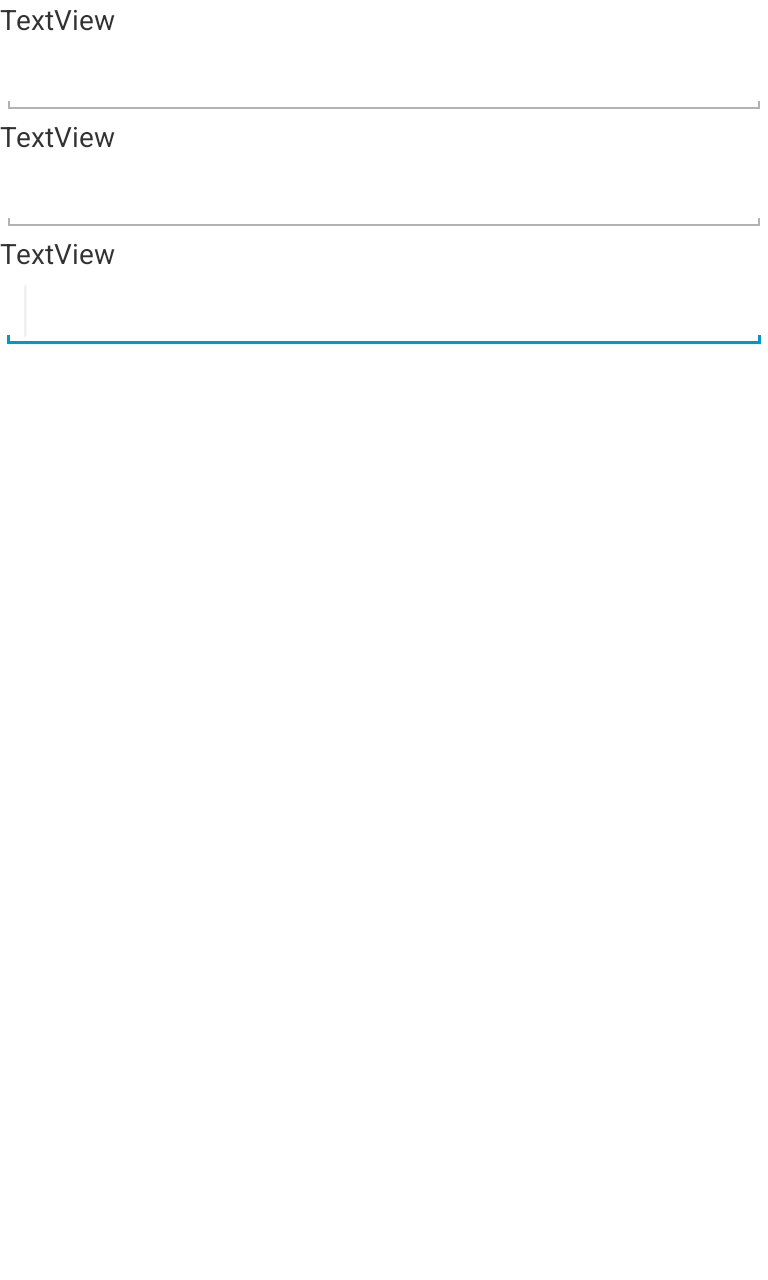
Repository: lcbasu/android
Layout: adt/M Notice/res/layout/admin.xml
An editor plug-in stored every save of this project. The layout is shown before and after the next save, followed by the edit.
It is drawn on a 768 x 1280 px phone screen (xhdpi) without system bars, with theme AppTheme; the app's code is not run.

Above is the layout before, as saved 2014-05-01 07:58:58.

After the next save:
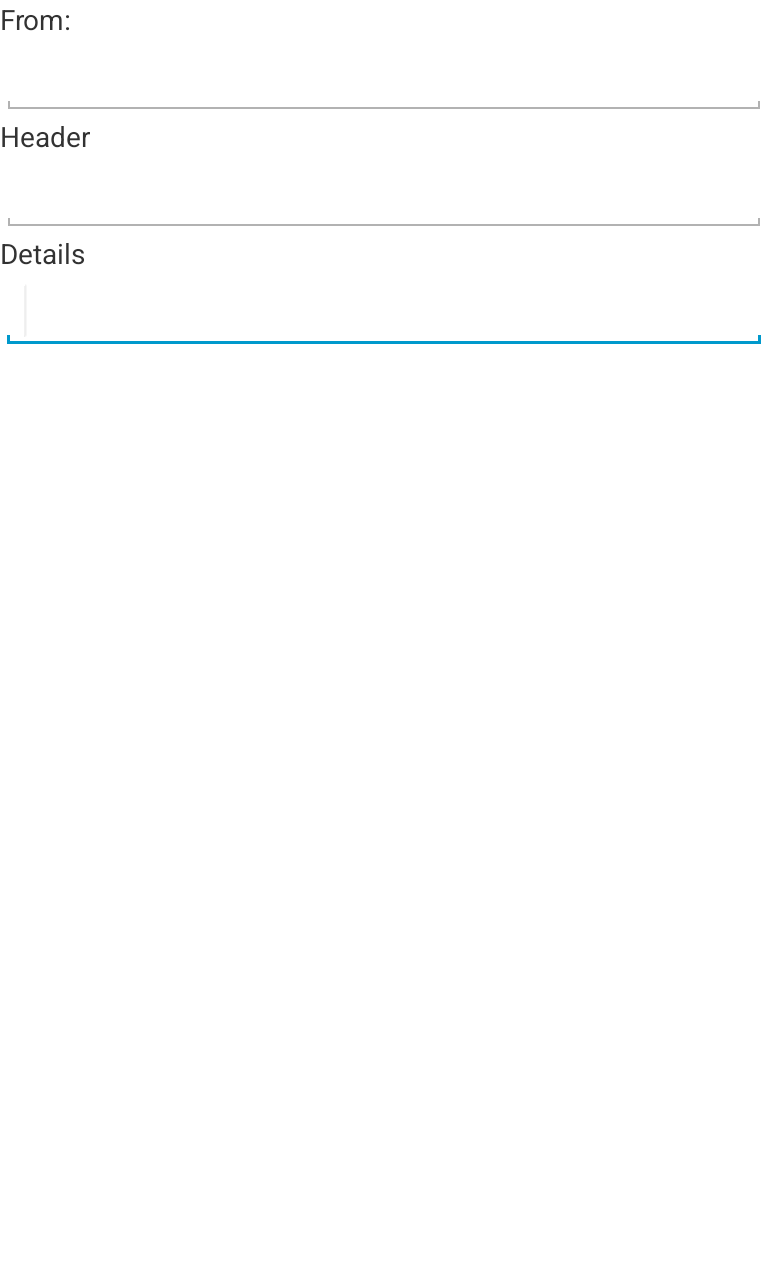
Saved 19 s later.
--- a/adt/M Notice/res/layout/admin.xml
+++ b/adt/M Notice/res/layout/admin.xml
@@ -8,7 +8,7 @@
         android:id="@+id/from"
         android:layout_width="wrap_content"
         android:layout_height="wrap_content"
-        android:text="TextView" />
+        android:text="From:" />
 
     <EditText
         android:id="@+id/editFrom"
@@ -23,7 +23,7 @@
         android:id="@+id/header"
         android:layout_width="wrap_content"
         android:layout_height="wrap_content"
-        android:text="TextView" />
+        android:text="Header" />
 
     <EditText
         android:id="@+id/editHeader"
@@ -38,7 +38,7 @@
         android:id="@+id/detail"
         android:layout_width="wrap_content"
         android:layout_height="wrap_content"
-        android:text="TextView" />
+        android:text="Details" />
 
     <EditText
         android:id="@+id/editDetail"
